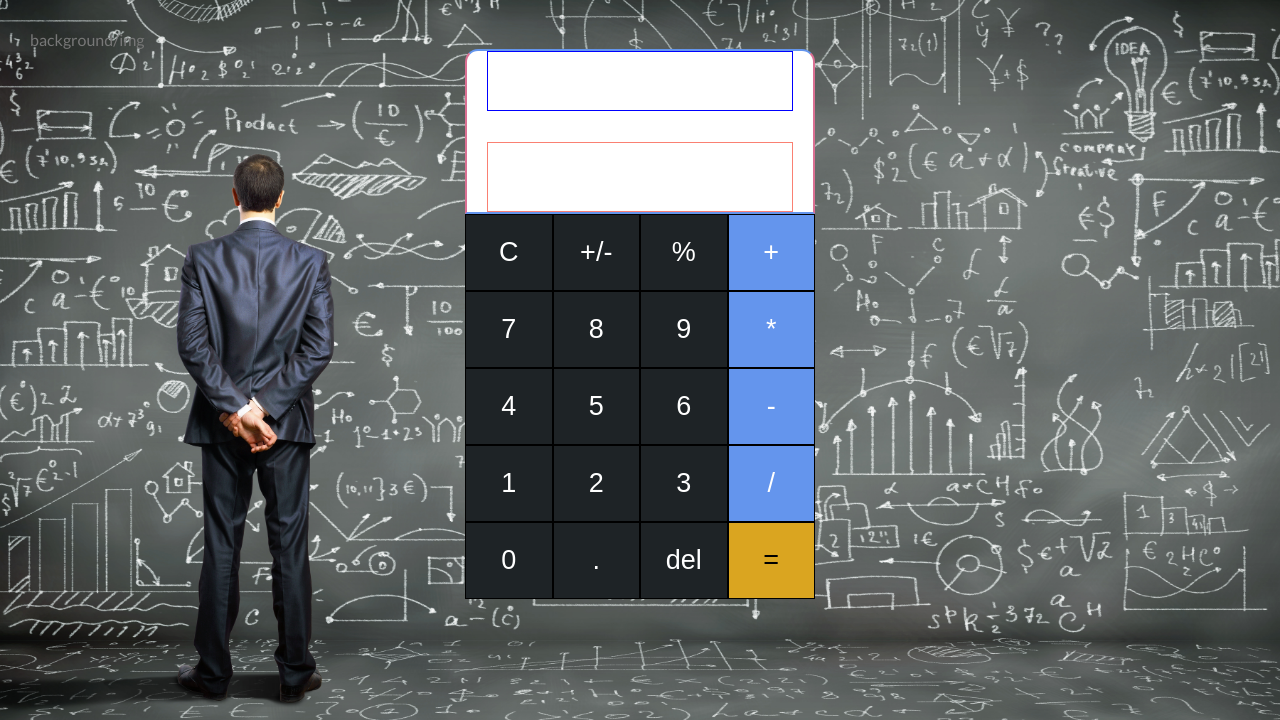
Repository: OfirLana/Calculator
Page: index.html
An editor plug-in stored every save of this project. The page is shown before and after the next save, followed by the edit.
The browser window is 1280 px wide. The pictures show the whole page.

Above is the page before, as saved 2019-03-17 22:00:06.

### index.html
<!DOCTYPE html>
<html lang="en">

<head>
    <meta charset="UTF-8">
    <meta name="viewport" content="width=device-width, initial-scale=1.0">
    <meta http-equiv="X-UA-Compatible" content="ie=edge">
    <link href="https://fonts.googleapis.com/css?family=Lato:100,300,400,700,900" rel="stylesheet">
    <title>Document</title>
    <link rel="stylesheet" href="style.css">
</head>

<body>
background/img
    <div class="calculator">
        <div class="output_box">
            <div class="main_output" ></div>
            <div class="sub_output"></div>
        </div>


        <div class="opeartor_box">
            <button class="btn dlt">C</button>
            <button class="btn">+/-</button>
            <button class="btn ">%</button>
            <button class="btn op">+</button>
            <button class="btn">7</button>
            <button class="btn">8</button>
            <button class="btn">9</button>
            <button class="btn op">*</button>
            <button class="btn">4</button>
            <button class="btn">5</button>
            <button class="btn">6</button>
            <button class="btn op">-</button>
            <button class="btn">1</button>
            <button class="btn">2</button>
            <button class="btn">3</button>
            <button class="btn op">/</button>
            <button class="btn">0</button>
            <button class="btn">.</button>
            <button class="btn">del</button>
            <button class="btn sum">=</button>


        </div>








    </div>
    <script src="index.js"></script>
</body>

</html>

### style.css
* {
    margin: 0;
    padding: 0;
    box-sizing: border-box;
}

html {
    font-size: 62.5%;
}

body {
    font-family: "Lato", sans-serif;
    font-size: 1.6rem;
    color: #777;
    padding: 3rem;
    /* background: cadetblue; */
    background:url(img/math2.jpg);
    background-size: cover;


}



.calculator {
    display: flex;
    flex-direction: column;
    margin: 0 auto;
    width: 35rem;
    height: 55rem;
    /* border: 1px solid red; */
    border-radius: 5px;
}

.output_box {
    display: flex;
    flex-direction: column;
    flex-basis: 30%;
    border: 2px solid cornflowerblue;
    border-radius: 13px 13px 0px 0px;
    border-right: 2px solid palevioletred;
    border-left: 2px solid palevioletred;
    width: 100%;
    justify-content: space-between;
    padding:0px 20px;
    background:white;
    color:black;
    font-size:19px;
}

.main_output {
    display: flex;
    border: 1px solid blue;
    height: 6rem;
    justify-content: center;
    align-items:center;
    /* background:blue; */
  /* border:1px solid tomato; */
    width:100%;
    /* background:blue; */
    text-align:end;
    overflow: hidden;
}






.sub_output {
    display: flex;
    border: 1px solid salmon;
    height: 7rem;
    /* background:red; */
    display:flex;
    justify-content: center;
    align-items: center;
    overflow: hidden;
    /* background:tomato; */
}

.opeartor_box{
    display:flex;
    /* flex-direction: column; */
    flex-wrap:wrap;
    width:100%;
    /* border:5px solid purple; */
    flex-basis:70%;
}

.btn{
    width:25%;
    height:20%;
    background:#1E2326;
    border: 1px solid black;
    color:white;
    font-size:27px;
    font-weight:100;
    cursor: pointer;
}

.btn:active{
    background:blue;
    border:1px solid black;
}
.btn:hover{
    opacity:0.8;
}
.op {
    background:cornflowerblue;
}

.sum{
    background:goldenrod;
    color:black;
}

Loaded but not shown: index.js (no copy from this time; the picture is the same without it)

After the next save:
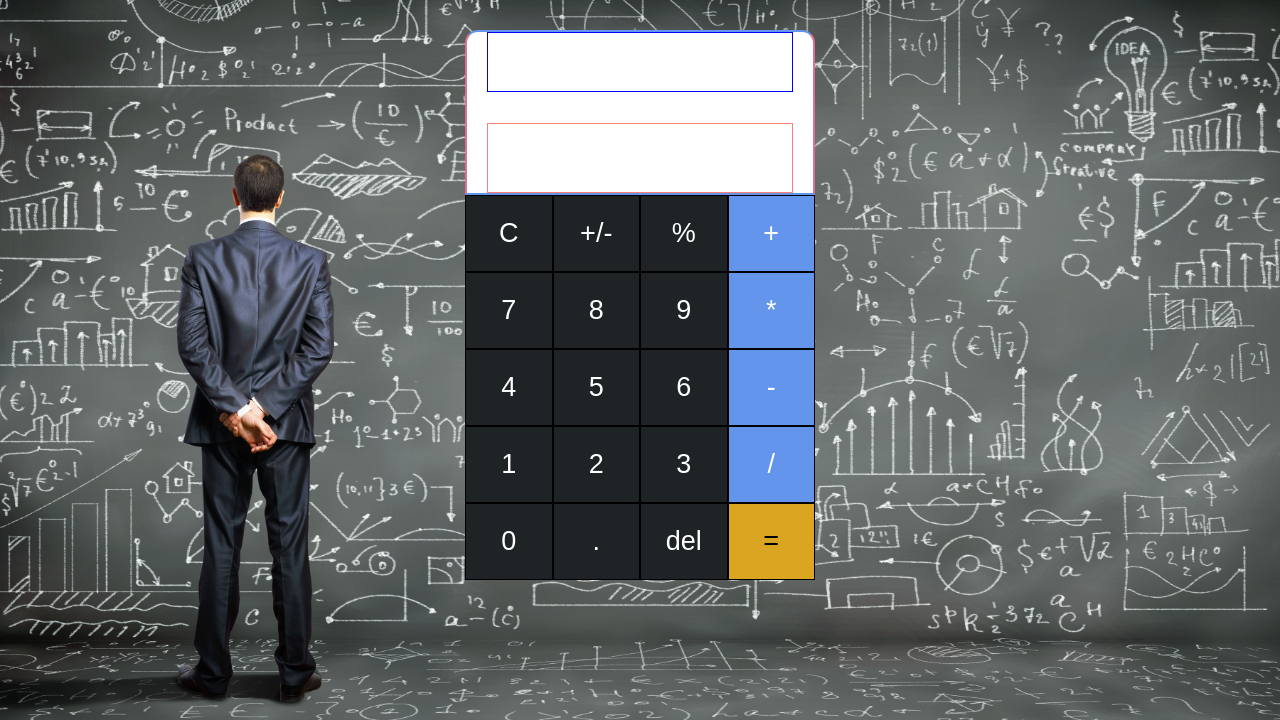
Saved 5 s later.
--- a/index.html
+++ b/index.html
@@ -11,7 +11,7 @@
 </head>
 
 <body>
-background/img
+<background class="img"></background>
     <div class="calculator">
         <div class="output_box">
             <div class="main_output" ></div>

After the 2 saves that followed:
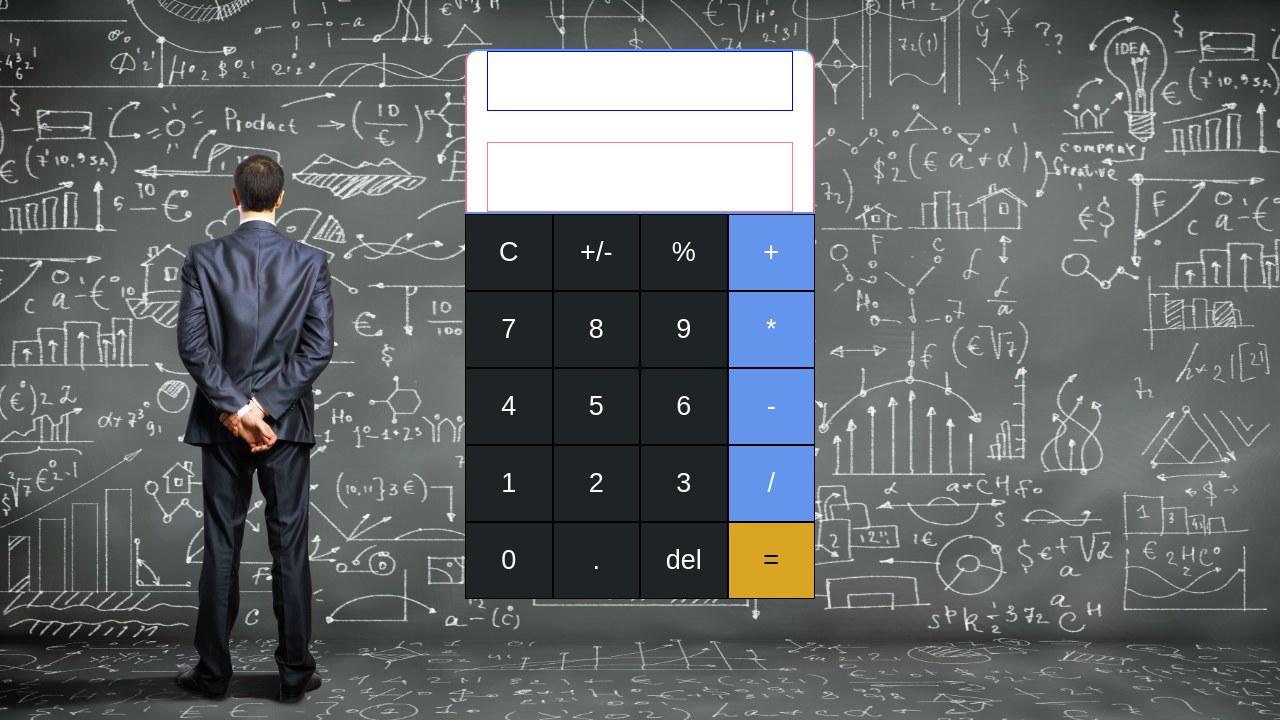
The 2 saves are shown as one change because they came seconds apart.
The last was saved 6 s later.
--- a/index.html
+++ b/index.html
@@ -11,7 +11,8 @@
 </head>
 
 <body>
-<background class="img"></background>
+
+<img src="" alt="">
     <div class="calculator">
         <div class="output_box">
             <div class="main_output" ></div>
